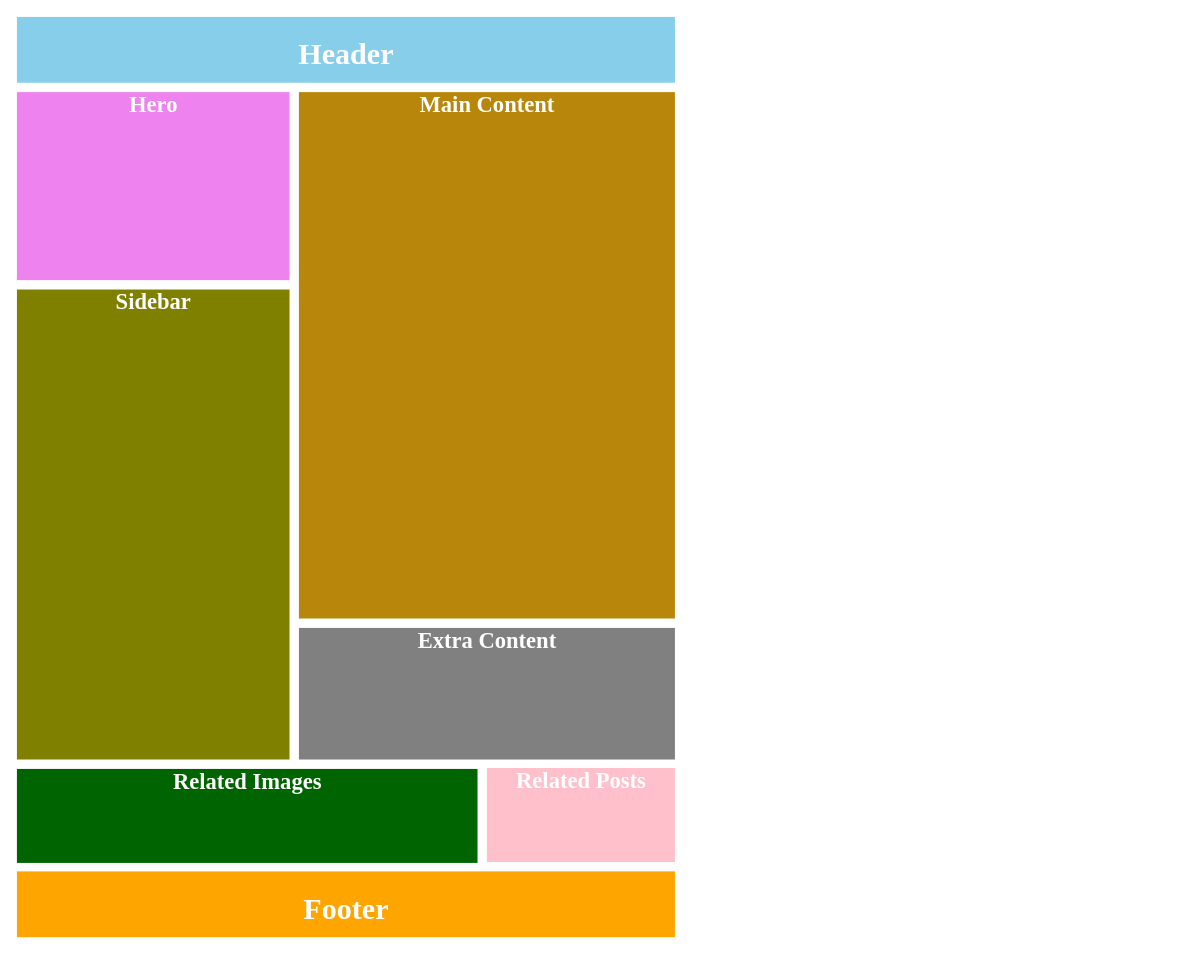
Repository: harshitanthal1/assignments_avisoft
Page: 01-02-2024/assignment_2/index.html
The author's editor kept a copy of each file at every save. The page is drawn from the files as they stood at one save, then again after the next save.
The browser window is 1280 px wide. The pictures show the whole page, at 94% of full size.

Above is the page before, as saved 2024-02-01 18:31:57.

After the next save:
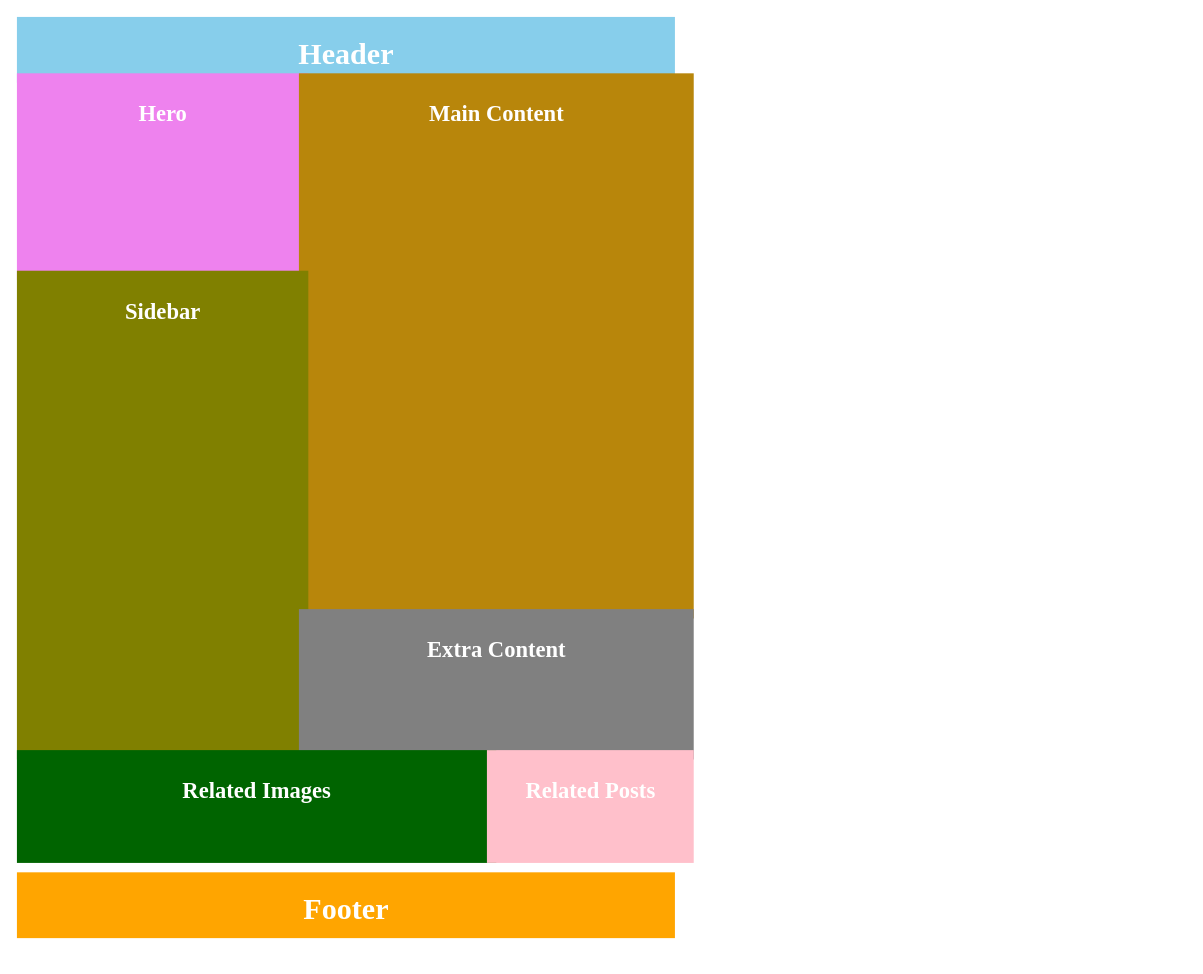
Saved 94 s later.
--- a/01-02-2024/assignment_2/styles/styles.css
+++ b/01-02-2024/assignment_2/styles/styles.css
@@ -13,7 +13,6 @@
     width: 700px;
     height: 70px;
     margin-bottom: -10px;
-
 }
 
 #sec1 {
@@ -21,6 +20,7 @@
     width: 290px;
     height: 200px;
     margin-right: 10px;
+    padding: 10px;
 }
 
 #sec2 {
@@ -29,6 +29,7 @@
     height: 560px;
     margin-left: 300px;
     margin-top: -220px;
+    padding: 10px;
 }
 
 #sec3 {
@@ -36,6 +37,7 @@
     width: 290px;
     height: 500px;
     margin-top: -370px;
+    padding: 10px;
 }
 
 #sec4 {
@@ -44,6 +46,7 @@
     height: 140px;
     margin-left: 300px;
     margin-top: -160px;
+    padding: 10px;
 }
 
 #sec5 {
@@ -51,6 +54,7 @@
     width: 490px;
     height: 100px;
     margin-top: -10px;
+    padding: 10px;
 }
 
 #sec6 {
@@ -59,6 +63,7 @@
     height: 100px;
     margin-left: 500px;
     margin-top: -120px;
+    padding: 10px;
 }
 
 #footer {
@@ -66,5 +71,4 @@
     width: 700px;
     height: 70px;
     margin-top: 10px;
-
 }

After the save that followed:
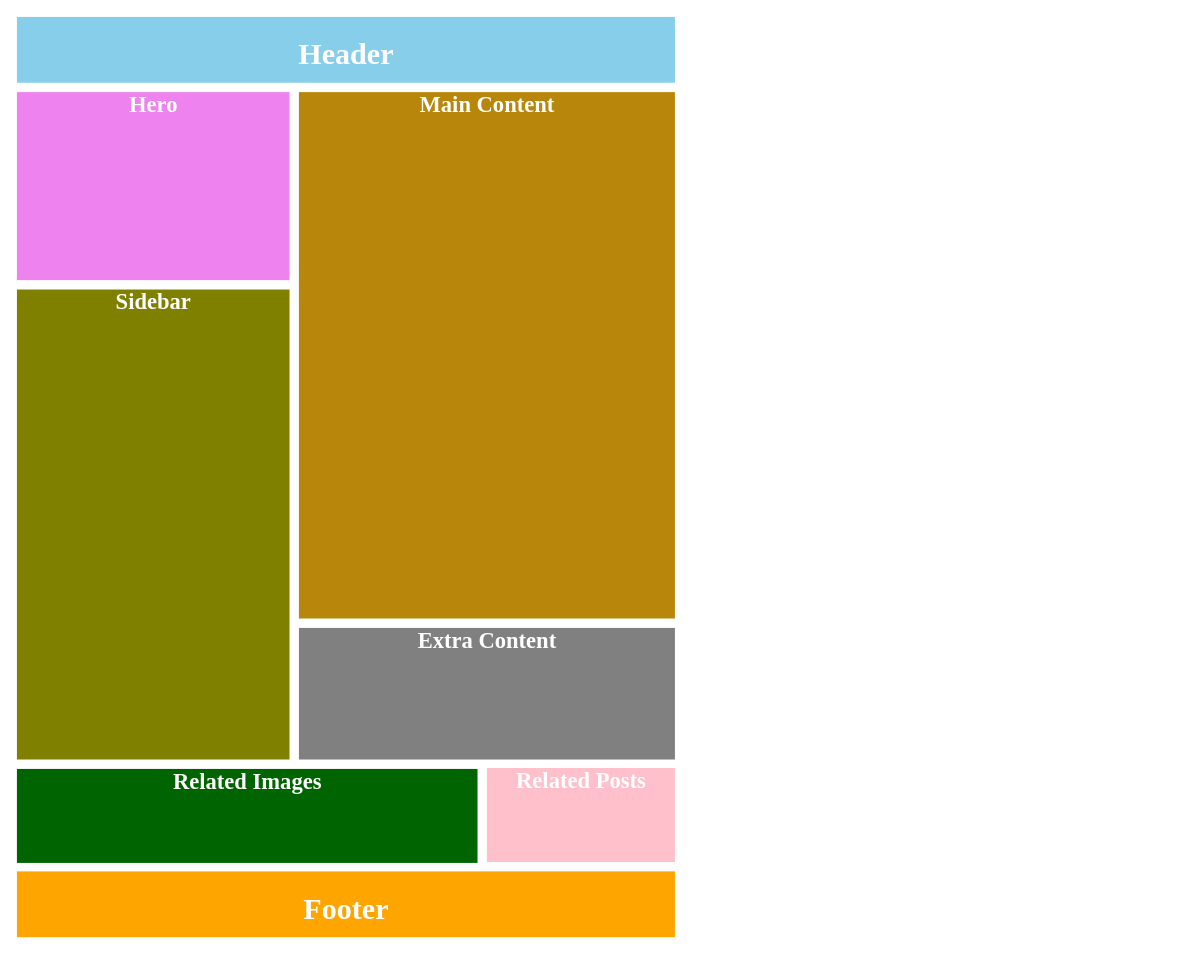
Saved 42 s later.
--- a/01-02-2024/assignment_2/styles/styles.css
+++ b/01-02-2024/assignment_2/styles/styles.css
@@ -20,7 +20,6 @@
     width: 290px;
     height: 200px;
     margin-right: 10px;
-    padding: 10px;
 }
 
 #sec2 {
@@ -29,7 +28,6 @@
     height: 560px;
     margin-left: 300px;
     margin-top: -220px;
-    padding: 10px;
 }
 
 #sec3 {
@@ -37,7 +35,6 @@
     width: 290px;
     height: 500px;
     margin-top: -370px;
-    padding: 10px;
 }
 
 #sec4 {
@@ -46,7 +43,6 @@
     height: 140px;
     margin-left: 300px;
     margin-top: -160px;
-    padding: 10px;
 }
 
 #sec5 {
@@ -54,7 +50,6 @@
     width: 490px;
     height: 100px;
     margin-top: -10px;
-    padding: 10px;
 }
 
 #sec6 {
@@ -63,7 +58,6 @@
     height: 100px;
     margin-left: 500px;
     margin-top: -120px;
-    padding: 10px;
 }
 
 #footer {
